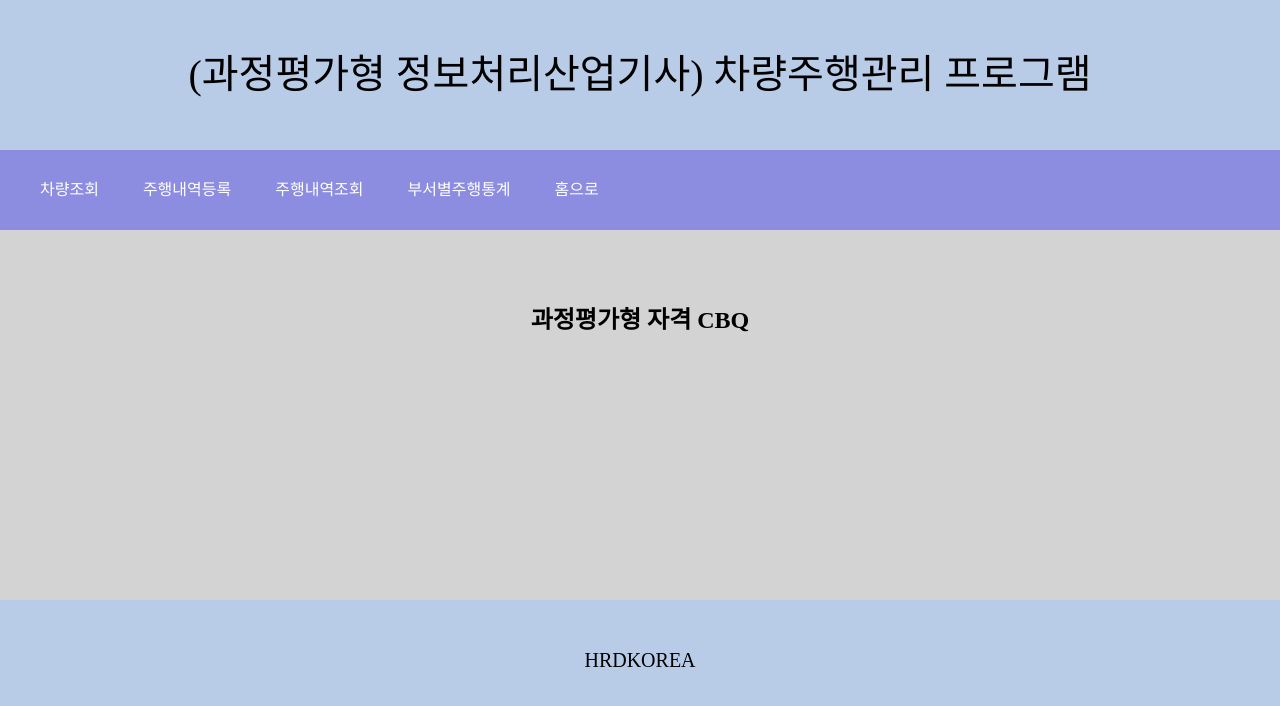
Repository: junhee97/-
Page: http://localhost/HRD_04/
The author's editor kept a copy of each file at every save. The page is drawn from the files as they stood at one save, then again after the next save.
The browser window is 1280 px wide. The pictures show the whole page.
The page is served by Tomcat 9.

Above is the page before, as saved 2025-08-14 13:45:33.

After the next save:
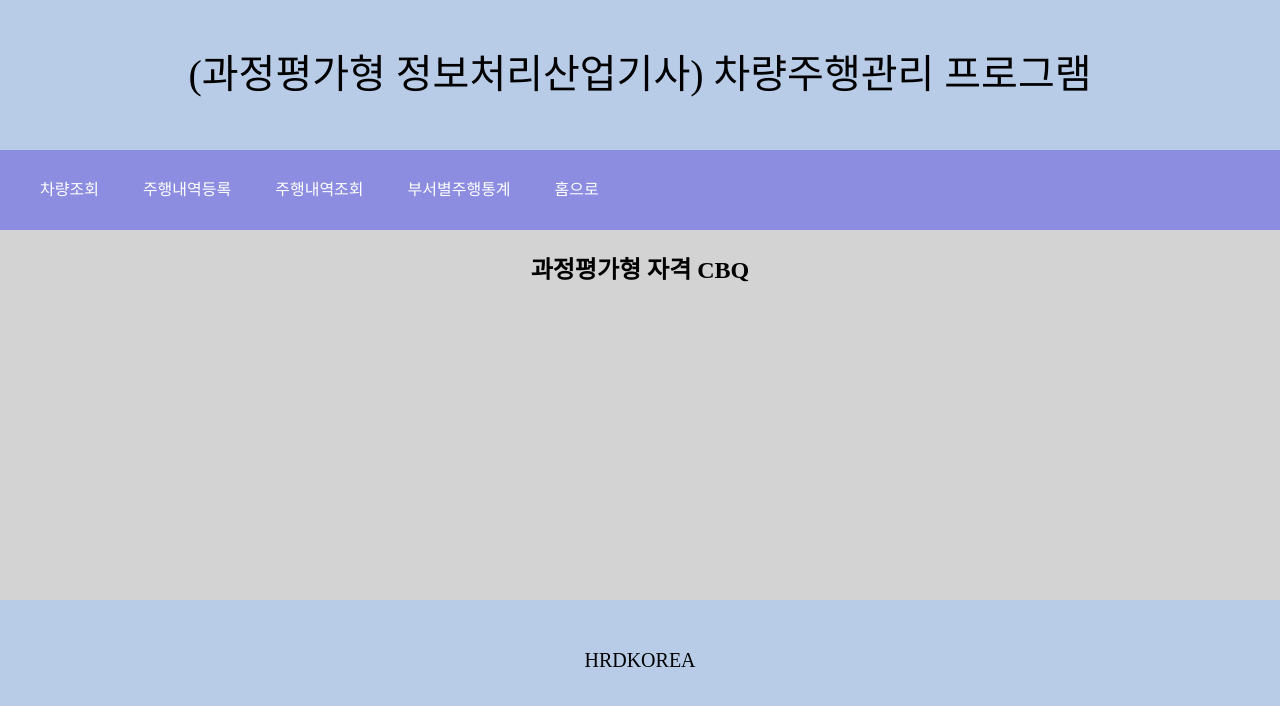
Saved 8 s later.
--- a/HRD_04/WebContent/index.jsp
+++ b/HRD_04/WebContent/index.jsp
@@ -11,7 +11,7 @@
 <jsp:include page="header.jsp"></jsp:include>
 
 <section style="position: fixed; top: 230px; left: 0px; width: 100%; height: 100%; background-color: lightgray;">
-<h2 style="text-align: center; padding-top: 50px;">과정평가형 자격 CBQ</h2>
+<h2 style="text-align: center; padding-top: 0px;">과정평가형 자격 CBQ</h2>
 
 </section>
 
